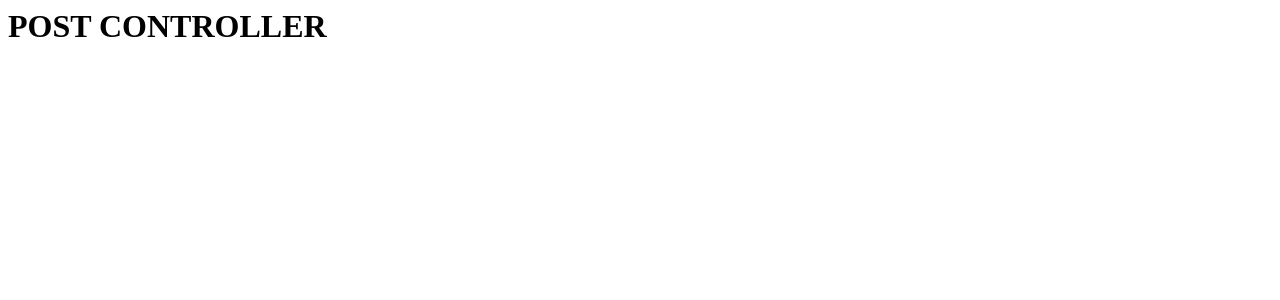
Repository: sherali4/stat
Page: http://localhost/stat/views/post/test.php
The author's editor kept a copy of each file at every save. The page is drawn from the files as they stood at one save, then again after the next save.
The browser window is 1280 px wide. The pictures show the whole page.
The page is run by PHP 8.4 with error messages shown; the project is at /var/www/html/.

Above is the page before, as saved 2021-09-02 22:20:15.

After the next save:
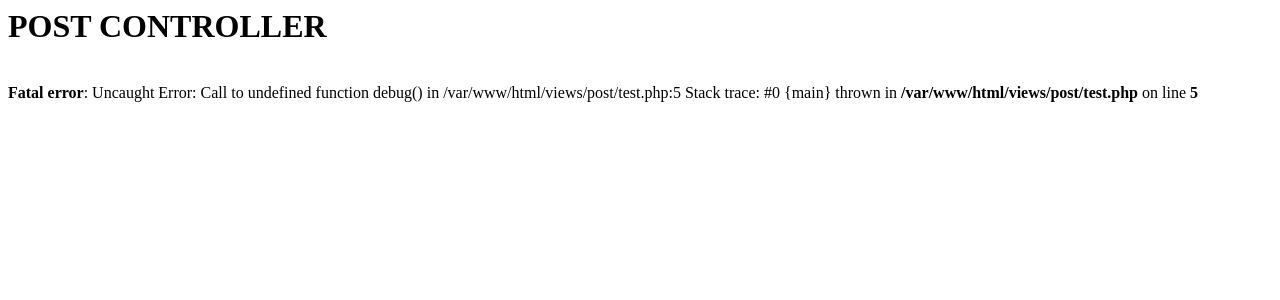
Saved 37 s later.
--- a/views/post/test.php
+++ b/views/post/test.php
@@ -2,6 +2,6 @@
 <?php
 /* \app\controllers\debug(Yii::$app); */
 
-
+    debug(Yii::$app);
 
 ?>
